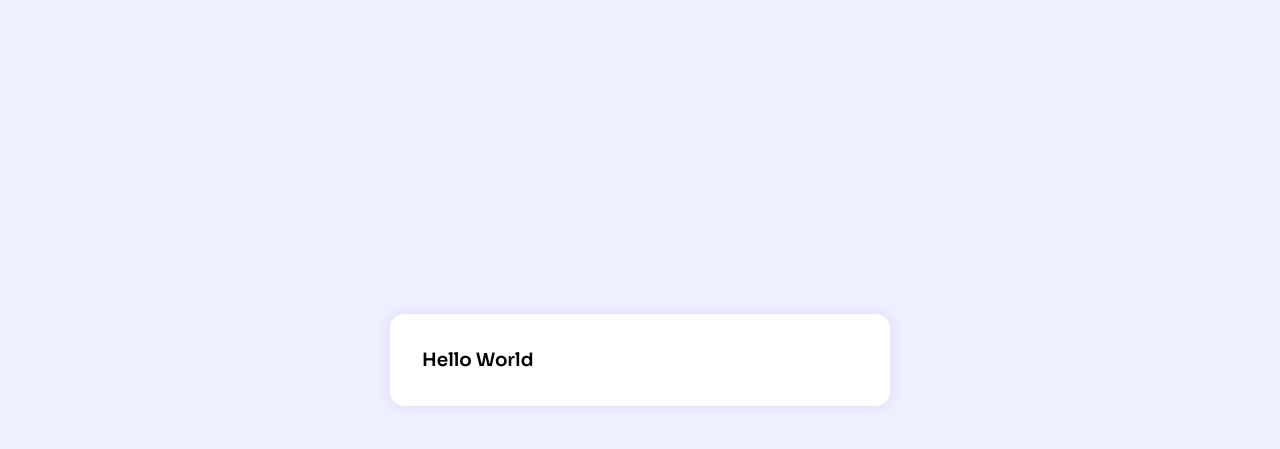
Repository: CarsonDev1/Formik
Page: /
An editor plug-in stored every save of this project. The page is shown before and after the next save, followed by the edit.
The browser window is 1280 px wide. The pictures show the whole page.
The project was rebuilt for these pictures with package versions that can differ from the ones it lists, and the page was loaded fresh each time.

Above is the page before, as saved 2022-08-28 09:22:02.

After the next save:
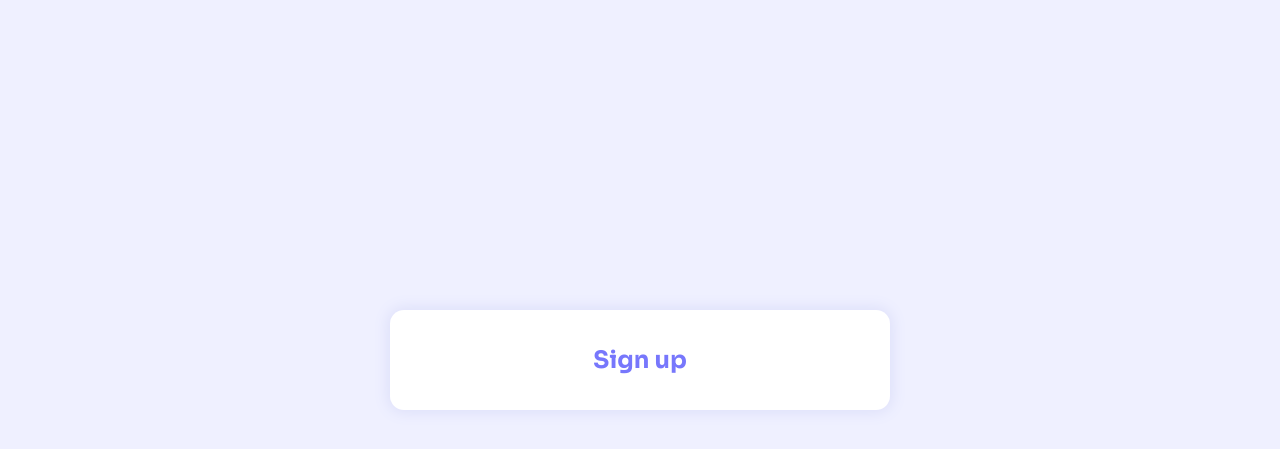
Saved 47 s later.
--- a/src/App.js
+++ b/src/App.js
@@ -1,7 +1,11 @@
 import "./App.css";
 
 function App() {
-	return <div className="App">Hello World</div>;
+	return (
+		<div className="App">
+			<header>Sign up</header>
+		</div>
+	);
 }
 
 export default App;
